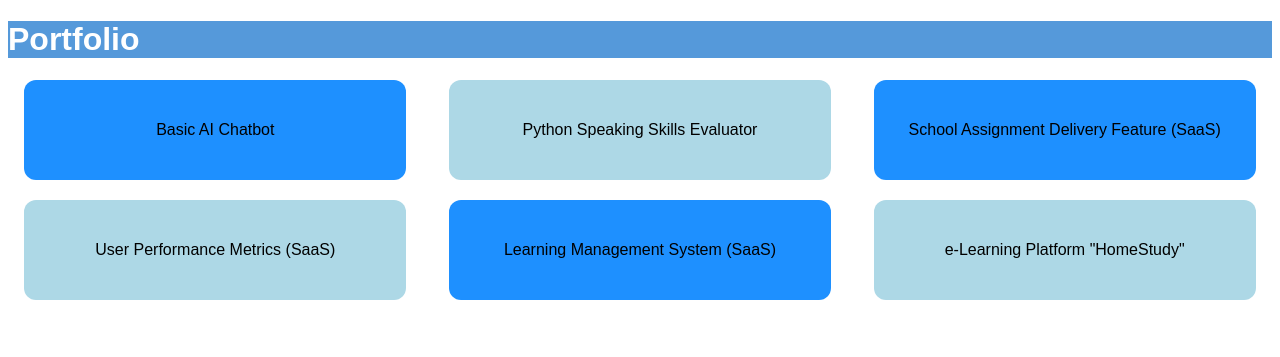
Repository: tokyopdm/tokyopdm.github.io
Page: pages/portfolio.html
The author's editor kept a record of every edit. The page is drawn from the files as they stood at one moment, then again after the next edit.
The browser window is 1280 px wide. The pictures show the whole page.

Above is the page before.

After the next edit:
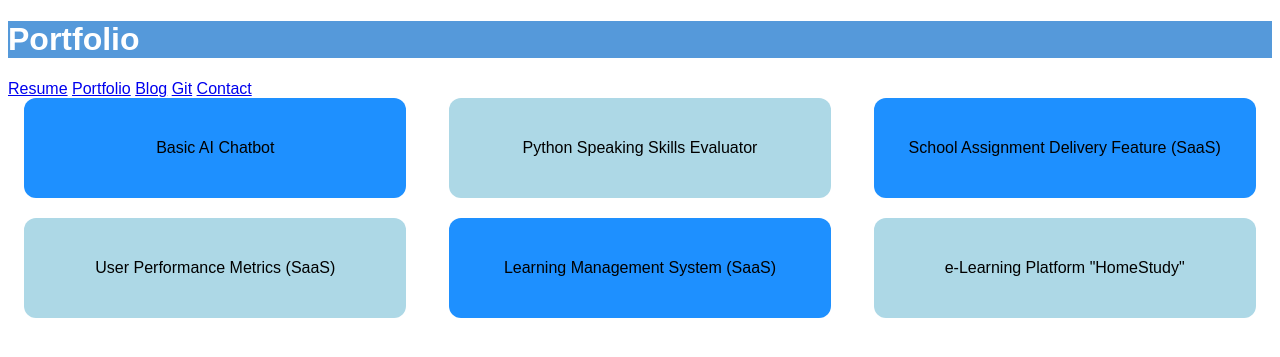
The edit:
--- a/pages/portfolio.html
+++ b/pages/portfolio.html
@@ -13,6 +13,15 @@
             <h1>Portfolio</h1>
         </div>
         <div>
+            <nav>
+                <a href="cv.pdf" target="_blank">Resume</a>
+                <a href="pages/portfolio.html">Portfolio</a>
+                <a href="https://medium.com/@tokyopdm" target="_blank">Blog</a>
+                <a href="https://github.com/tokyopdm/" target="_blank">Git</a>
+                <a href="pages/contact.html">Contact</a>
+            </nav>
+        </div>
+        <div>
             <ul class="list-tiles">
                 <li>Basic AI Chatbot</li>
                 <li>Python Speaking Skills Evaluator</li>
